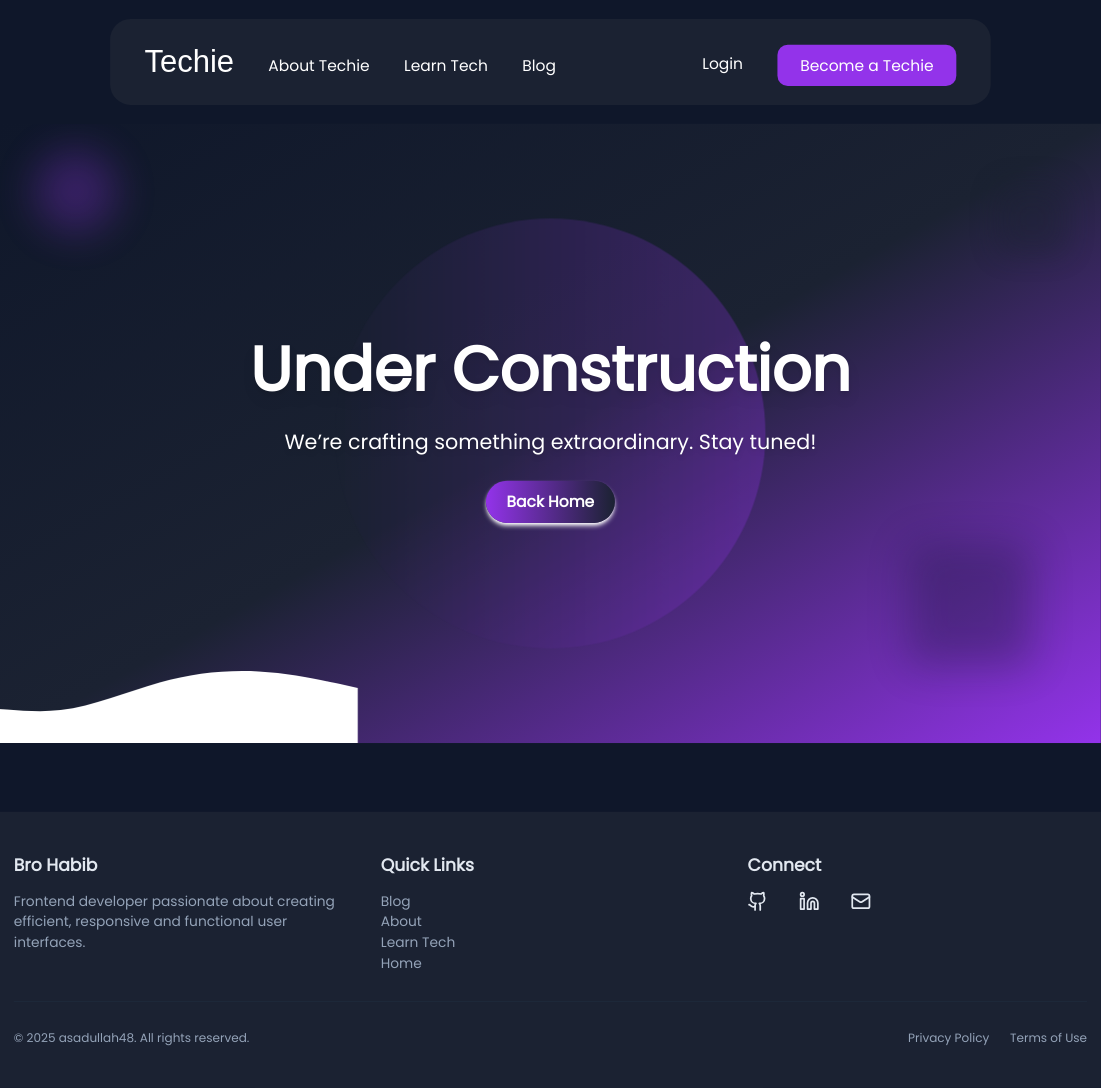
Repository: asadullah48/data-fetch
Page: /learnTech
An editor plug-in stored every save of this project. The page is shown before and after the next save, followed by the edit.
The browser window is 1280 px wide. The pictures show the whole page, at 86% of full size.
Some web fonts or font styles are not loaded; a fallback is used. The project was rebuilt for these pictures with package versions that can differ from the ones it lists, and the page was loaded fresh each time. The framework's server and built-in components were replaced by stand-ins that run in the browser. Also part of the build but not shown: next.config.mjs.

Above is the page before, as saved 2025-01-15 13:08:04.

After the next save:
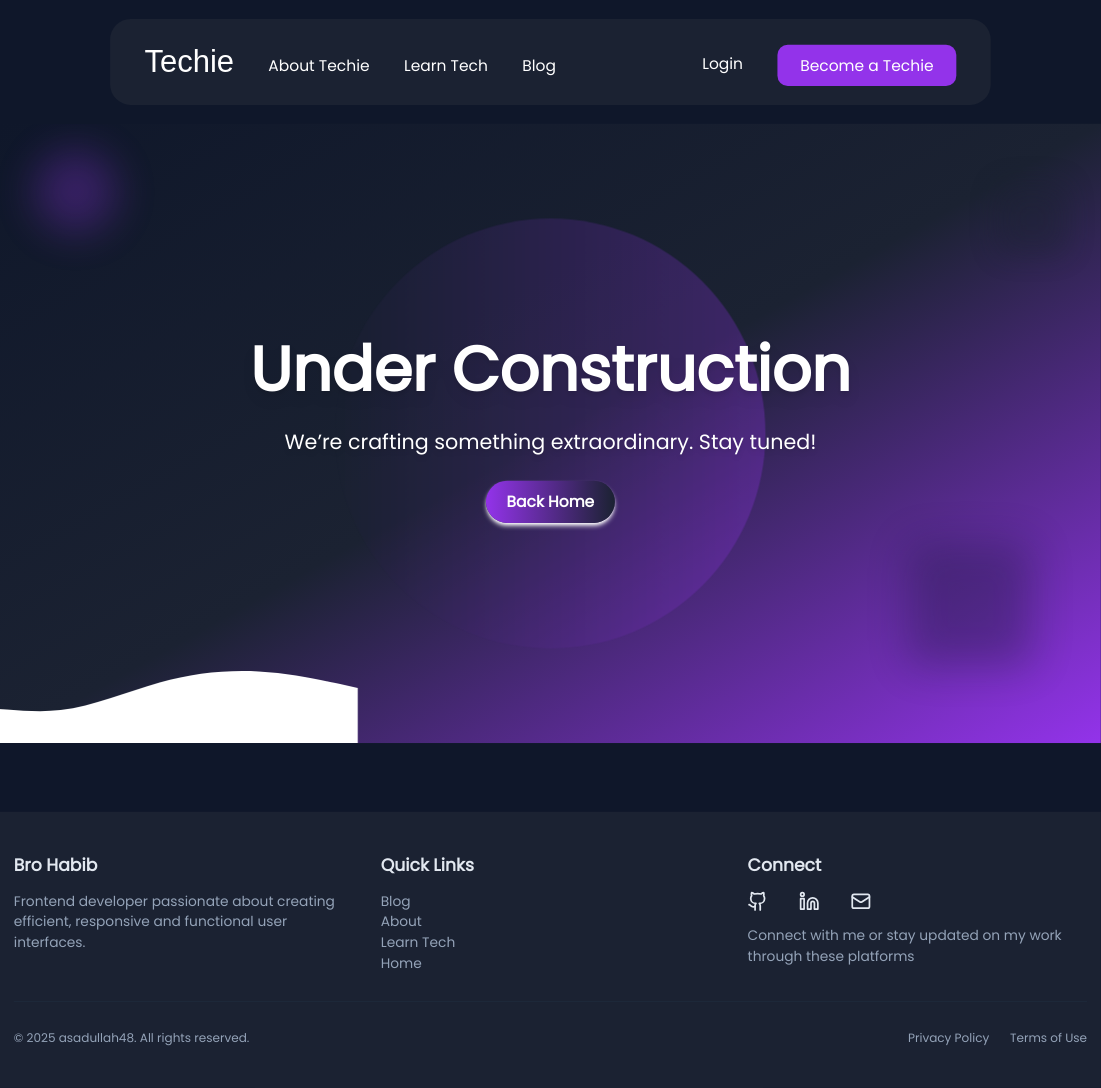
Saved 30 s later.
--- a/src/components/Footer.tsx
+++ b/src/components/Footer.tsx
@@ -50,7 +50,7 @@ export default function Footer() {
 
             </div>
             <p className="text-slate-400">
-
+            Connect with me or stay updated on my work through these platforms
             </p>
           </div>
         </div>
